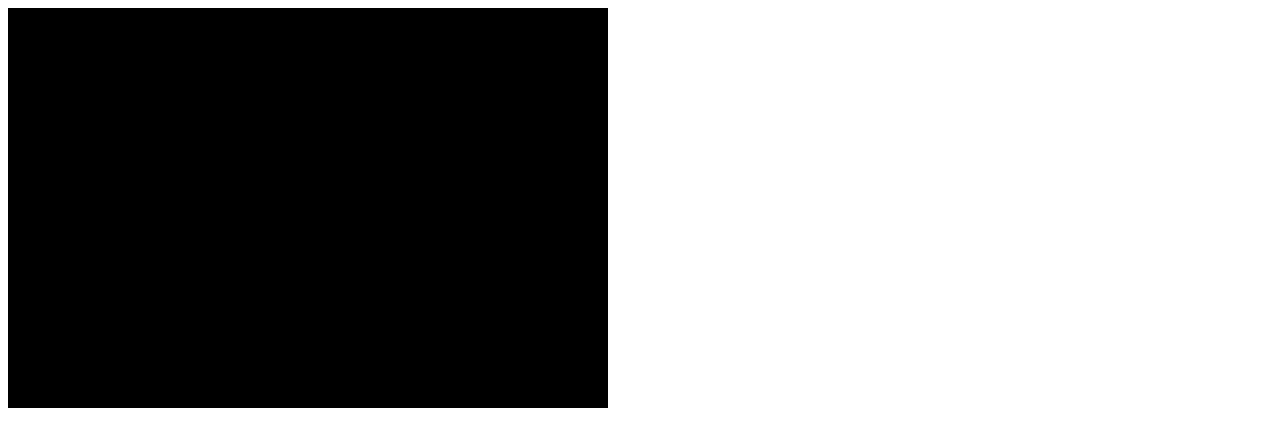
Repository: nishuiwei/nishuiwei.github.io
Page: demo_01.html
An editor plug-in stored every save of this project. The page is shown before and after a run of saves, followed by the edit.
The browser window is 1280 px wide. The pictures show the whole page.

Above is the page before, as saved 2019-12-19 15:49:59.

After the next 3 saves:
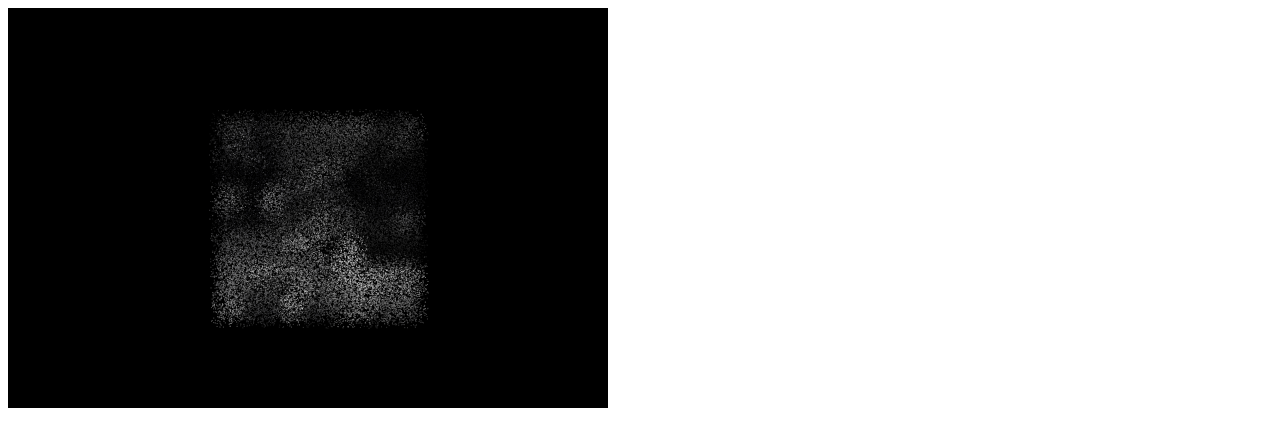
The 3 saves are shown as one change because they came seconds apart.
The last was saved 8 s later.
--- a/demo_01.html
+++ b/demo_01.html
@@ -37,7 +37,7 @@
           var pixel = {
             x: 200 + j + Math.random() * 20, //重新设置每个像素的位置信息
             y: 100 + i + Math.random() * 20, //重新设置每个像素的位置信息
-            fillStyle: 'rgb(' + data[pos] + ',' + (data[pos + 1]) + ',' + (data[pos + 2]) + ',' + (0) +
+            fillStyle: 'rgb(' + data[pos] + ',' + (data[pos + 1]) + ',' + (data[pos + 2]) + ',' + (.5) +
               ')'
           }
           pixels.push(pixel);
